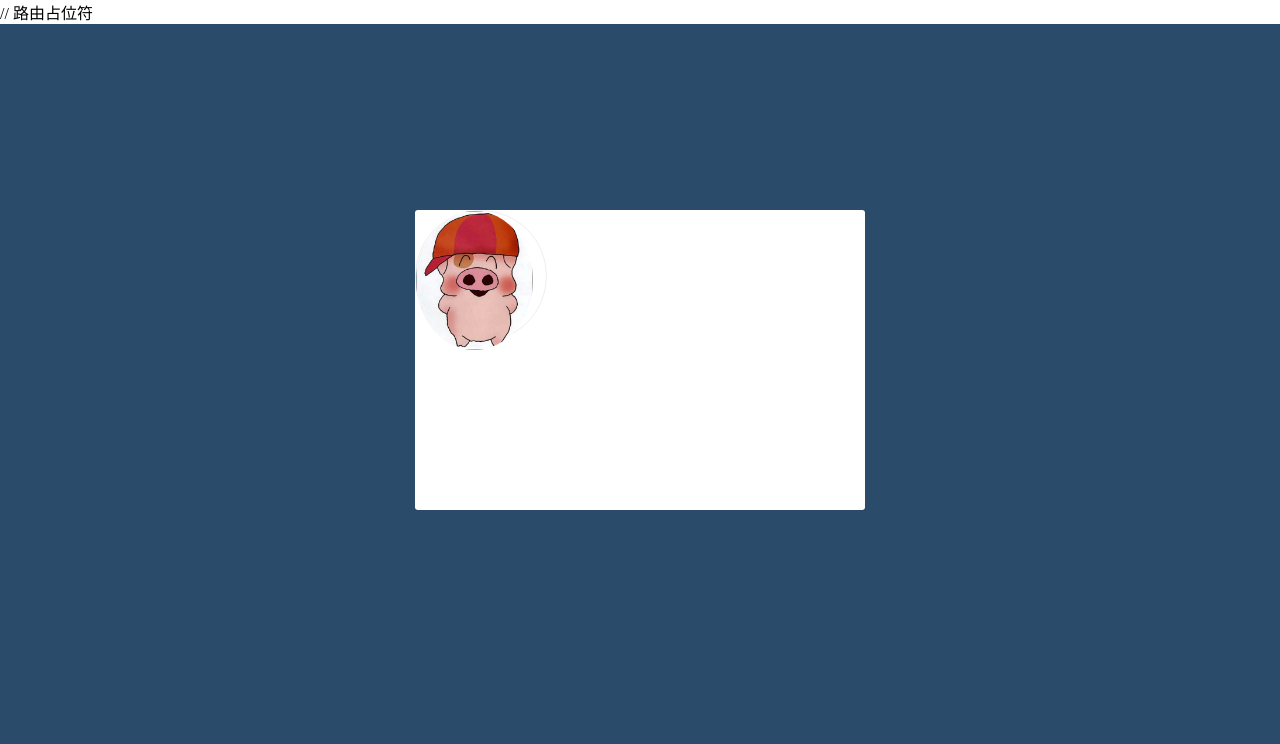
Repository: Japcy/onetwothree
Page: /
An editor plug-in stored every save of this project. The page is shown before and after the next save, followed by the edit.
The browser window is 1280 px wide. The pictures show the whole page.
The project was rebuilt for these pictures with package versions that can differ from the ones it lists, and the page was loaded fresh each time.

Above is the page before, as saved 2020-02-28 23:40:56.

### src/main.js
import Vue from 'vue'
import App from './App.vue'
import router from './router'
import './plugins/element.js'
// 导入全局样式表
import './assets/css/global.css'

Vue.config.productionTip = false

new Vue({
  router,
  render: h => h(App)
}).$mount('#app')

### src/App.vue
<template>
  <div id="app">
    // 路由占位符
    <router-view></router-view>
  </div>
</template>

<script>

export default {
  name: 'app',
  components: {
  }
}
</script>

<style>

</style>

### src/router/index.js
import Vue from 'vue'
import VueRouter from 'vue-router'
import Login from '../components/Login.vue'

Vue.use(VueRouter)

const routes = [
  {
    path: '/',
    redirect: '/login'
  },
  {
    path: '/login',
    component: Login
  }
]

const router = new VueRouter({
  routes
})

export default router

### src/components/Login.vue
<template>
  <div class="login">
    <div class="login-box">
      <div class="avatar">
        <img src="../assets/img/logo.jpg" alt />
      </div>
    </div>
  </div>
</template>

<script type="text/ecmascript-6">
export default {
  name: 'login',
  data () {
    return {}
  },
  components: {},
  methods: {}
}
</script>

<style lang="less" scoped>
.login {
  background-color: #2b4b6b;
  height: 100%;
}
.login-box {
  width: 450px;
  height: 300px;
  background-color: #fff;
  border-radius: 3px;
  position: absolute;
  left: 50%;
  top: 50%;
  transform: translate(-50%, -50%);

  .avatar {
    width: 130px;
    height: 130px;
    // padding: 10px;
    border: 1px solid #eee;
    border-radius: 50%;
    img {
      width: 90%;
      height: auto;
      border-radius: 50%;
    }
  }
}
</style>

Loaded but not shown: public/index.html (common file); src/plugins/element.js (common file); src/assets/css/global.css (common file)

After the next save:
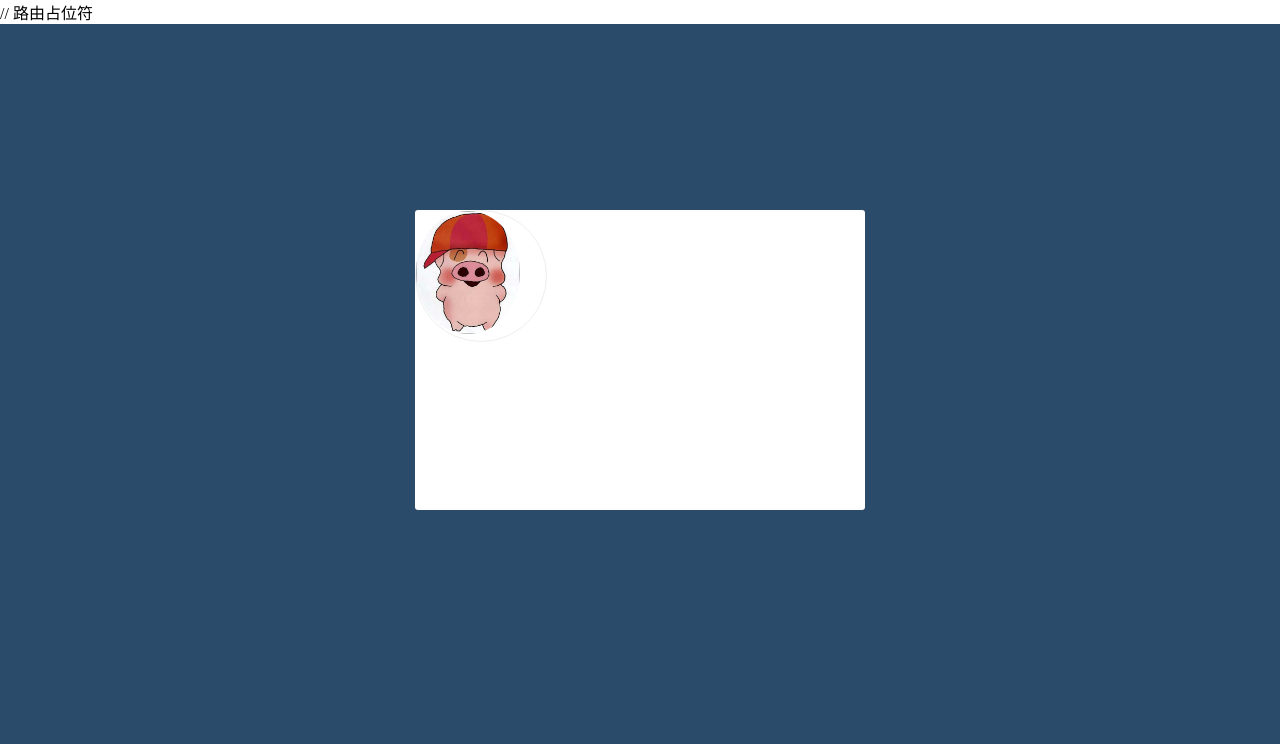
Saved 10 s later.
--- a/src/components/Login.vue
+++ b/src/components/Login.vue
@@ -41,7 +41,7 @@ export default {
     border: 1px solid #eee;
     border-radius: 50%;
     img {
-      width: 90%;
+      width: 80%;
       height: auto;
       border-radius: 50%;
     }
